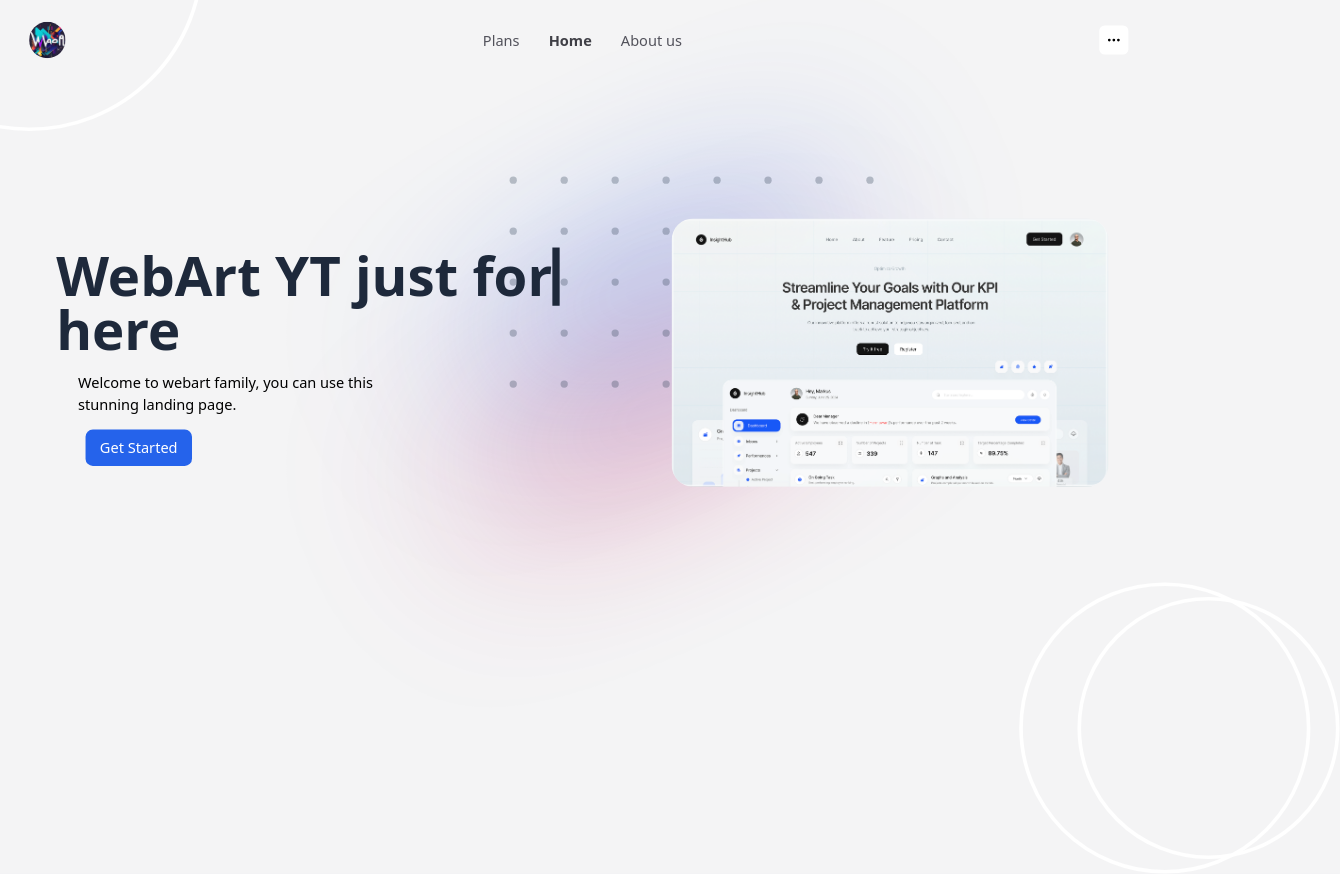
Repository: 30namp/youtube-web-art-code
Page: stunning landing page 1/index.html
These files come from the project's save history. The page is drawn as it stood at one moment and after the next save; the edit follows.
The browser window is 1280 px wide. The page is 1472 px wide, so the pictures cover 1472 px, including what lies to the right of the window. The pictures show the whole page, at 91% of full size.

Above is the page before, as saved 2024-09-26 21:35:29.

### stunning landing page 1/index.html
<!DOCTYPE html>
<html lang="en">
  <head>
    <meta charset="UTF-8" />
    <meta name="viewport" content="width=device-width, initial-scale=1.0" />
    <title>WebArt Design</title>
    <script src="./tailwindcss.min.js"></script>
  </head>
  <body class="h-screen bg-zinc-100 overflow-hidden">
    <div
      class="absolute right-[25%] top-[60%] h-12 w-[30rem] rounded-[100%] rotate-[-25deg] bg-pink-700 blur-[6rem]"
    ></div>
    <div
      class="absolute right-[25%] top-[40%] h-12 w-[30rem] rounded-[100%] rotate-[-25deg] bg-blue-700 blur-[6rem]"
    ></div>
    <div class="grid grid-cols-8 gap-12 absolute right-[25%] top-[27%]">
      <div class="rounded-full bg-slate-700/30 size-2 shadow-lg"></div>
      <div class="rounded-full bg-slate-700/30 size-2 shadow-lg"></div>
      <div class="rounded-full bg-slate-700/30 size-2 shadow-lg"></div>
      <div class="rounded-full bg-slate-700/30 size-2 shadow-lg"></div>
      <div class="rounded-full bg-slate-700/30 size-2 shadow-lg"></div>
      <div class="rounded-full bg-slate-700/30 size-2 shadow-lg"></div>
      <div class="rounded-full bg-slate-700/30 size-2 shadow-lg"></div>
      <div class="rounded-full bg-slate-700/30 size-2 shadow-lg"></div>
      <div class="rounded-full bg-slate-700/30 size-2 shadow-lg"></div>
      <div class="rounded-full bg-slate-700/30 size-2 shadow-lg"></div>
      <div class="rounded-full bg-slate-700/30 size-2 shadow-lg"></div>
      <div class="rounded-full bg-slate-700/30 size-2 shadow-lg"></div>
      <div class="rounded-full bg-slate-700/30 size-2 shadow-lg"></div>
      <div class="rounded-full bg-slate-700/30 size-2 shadow-lg"></div>
      <div class="rounded-full bg-slate-700/30 size-2 shadow-lg"></div>
      <div class="rounded-full bg-slate-700/30 size-2 shadow-lg"></div>
      <div class="rounded-full bg-slate-700/30 size-2 shadow-lg"></div>
      <div class="rounded-full bg-slate-700/30 size-2 shadow-lg"></div>
      <div class="rounded-full bg-slate-700/30 size-2 shadow-lg"></div>
      <div class="rounded-full bg-slate-700/30 size-2 shadow-lg"></div>
      <div class="rounded-full bg-slate-700/30 size-2 shadow-lg"></div>
      <div class="rounded-full bg-slate-700/30 size-2 shadow-lg"></div>
      <div class="rounded-full bg-slate-700/30 size-2 shadow-lg"></div>
      <div class="rounded-full bg-slate-700/30 size-2 shadow-lg"></div>
      <div class="rounded-full bg-slate-700/30 size-2 shadow-lg"></div>
      <div class="rounded-full bg-slate-700/30 size-2 shadow-lg"></div>
      <div class="rounded-full bg-slate-700/30 size-2 shadow-lg"></div>
      <div class="rounded-full bg-slate-700/30 size-2 shadow-lg"></div>
      <div class="rounded-full bg-slate-700/30 size-2 shadow-lg"></div>
      <div class="rounded-full bg-slate-700/30 size-2 shadow-lg"></div>
      <div class="rounded-full bg-slate-700/30 size-2 shadow-lg"></div>
      <div class="rounded-full bg-slate-700/30 size-2 shadow-lg"></div>
      <div class="rounded-full bg-slate-700/30 size-2 shadow-lg"></div>
      <div class="rounded-full bg-slate-700/30 size-2 shadow-lg"></div>
      <div class="rounded-full bg-slate-700/30 size-2 shadow-lg"></div>
      <div class="rounded-full bg-slate-700/30 size-2 shadow-lg"></div>
      <div class="rounded-full bg-slate-700/30 size-2 shadow-lg"></div>
      <div class="rounded-full bg-slate-700/30 size-2 shadow-lg"></div>
      <div class="rounded-full bg-slate-700/30 size-2 shadow-lg"></div>
      <div class="rounded-full bg-slate-700/30 size-2 shadow-lg"></div>
    </div>

    <div
      class="circle size-96 rounded-full border-4 border-white absolute -top-60 -left-40"
    ></div>
    <div
      class="circle size-80 rounded-full border-4 border-white absolute -bottom-60 -right-40"
    ></div>
    <div
      class="circle size-72 rounded-full border-4 border-white absolute -bottom-56 -right-48"
    ></div>

    <!-- navbar -->
    <nav
      class="z-10 absolute top-0 left-0 right-0 flex justify-center items-center py-8 px-8"
    >
      <a href="/" class="absolute left-0 px-8">
        <img class="size-10 rounded-full" src="./assets/img/logo.jpg" alt="" />
      </a>

      <div class="options flex items-center gap-8">
        <a class="text-zinc-600" href="#">Plans</a>
        <a class="text-zinc-700 font-semibold" href="#">Home</a>
        <a class="text-zinc-600" href="#">About us</a>
      </div>

      <button
        class="absolute p-2 bg-white rounded-md right-0 mx-10 hover:scale-105 active:scale-100 transition"
      >
        <svg
          xmlns="http://www.w3.org/2000/svg"
          width="16"
          height="16"
          fill="currentColor"
          class="bi bi-three-dots"
          viewBox="0 0 16 16"
        >
          <path
            d="M3 9.5a1.5 1.5 0 1 1 0-3 1.5 1.5 0 0 1 0 3m5 0a1.5 1.5 0 1 1 0-3 1.5 1.5 0 0 1 0 3m5 0a1.5 1.5 0 1 1 0-3 1.5 1.5 0 0 1 0 3"
          />
        </svg>
      </button>
    </nav>

    <!-- hero section -->
    <div class="hero-section relative pt-60 flex justify-around items-start">
      <div class="content flex flex-col items-start gap-4 pt-8">
        <div class="text-6xl font-bold text-slate-800 flex">
          <h1>
            WebArt YT just for <br />
            here <span class="h-16 w-2 bg-slate-800"></span>
          </h1>
          <div class="h-16 w-2 bg-slate-800"></div>
        </div>
        <p class="description w-96 ml-6">
          Welcome to webart family, you can use this stunning landing page.
        </p>
        <button
          class="ml-8 px-4 py-2 rounded-lg bg-blue-600 text-white hover:scale-105 active:scale-100 transition"
        >
          Get Started
        </button>
      </div>
      <img class="w-[30rem] rounded-3xl" src="./assets/img/img.png" alt="" />
    </div>
  </body>
</html>

Loaded but not shown: stunning landing page 1/tailwindcss.min.js (library)

After the next save:
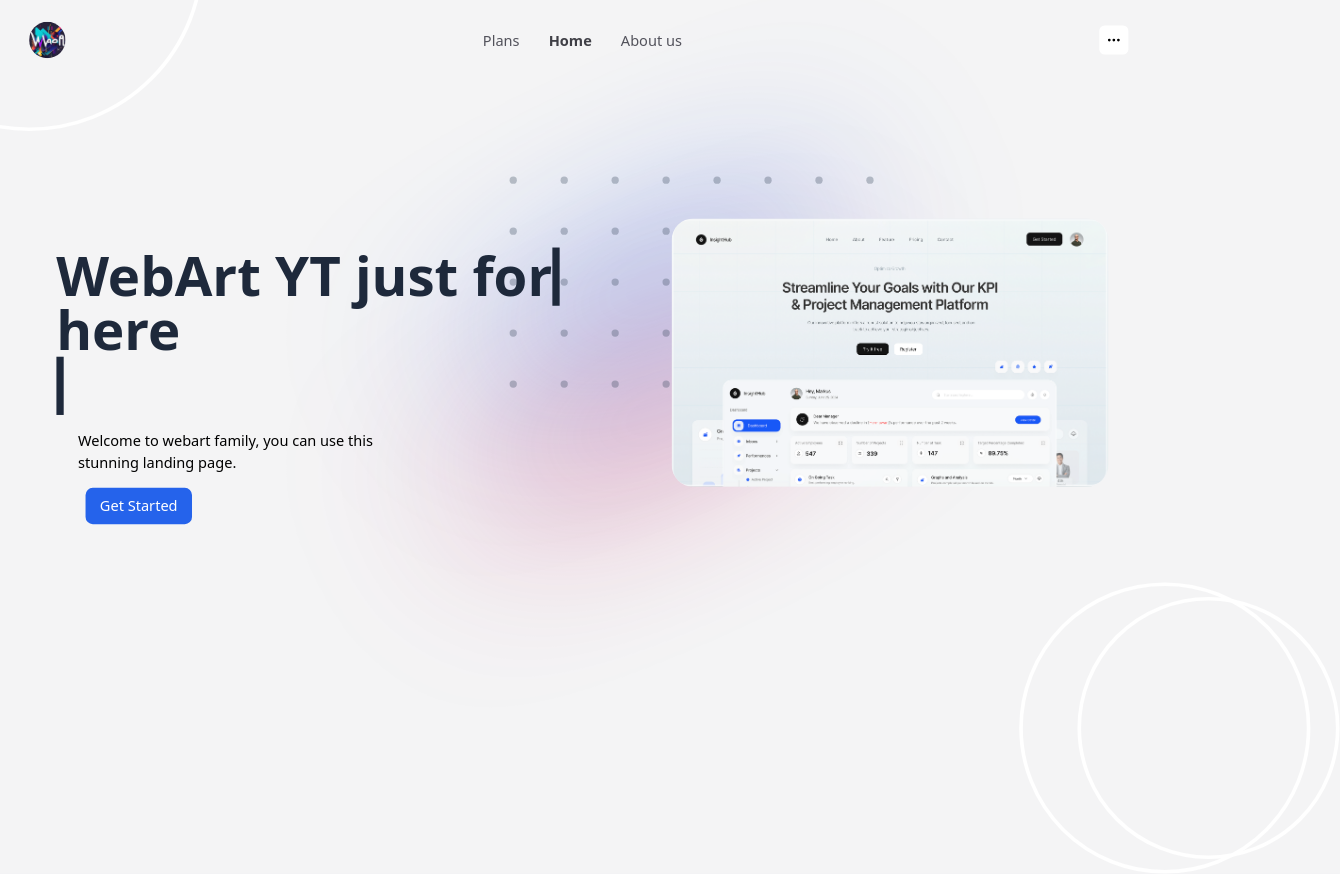
Saved 8 s later.
--- a/stunning landing page 1/index.html
+++ b/stunning landing page 1/index.html
@@ -104,7 +104,8 @@
         <div class="text-6xl font-bold text-slate-800 flex">
           <h1>
             WebArt YT just for <br />
-            here <span class="h-16 w-2 bg-slate-800"></span>
+            here
+            <p class="h-16 w-2 bg-slate-800"></p>
           </h1>
           <div class="h-16 w-2 bg-slate-800"></div>
         </div>

After the save that followed:
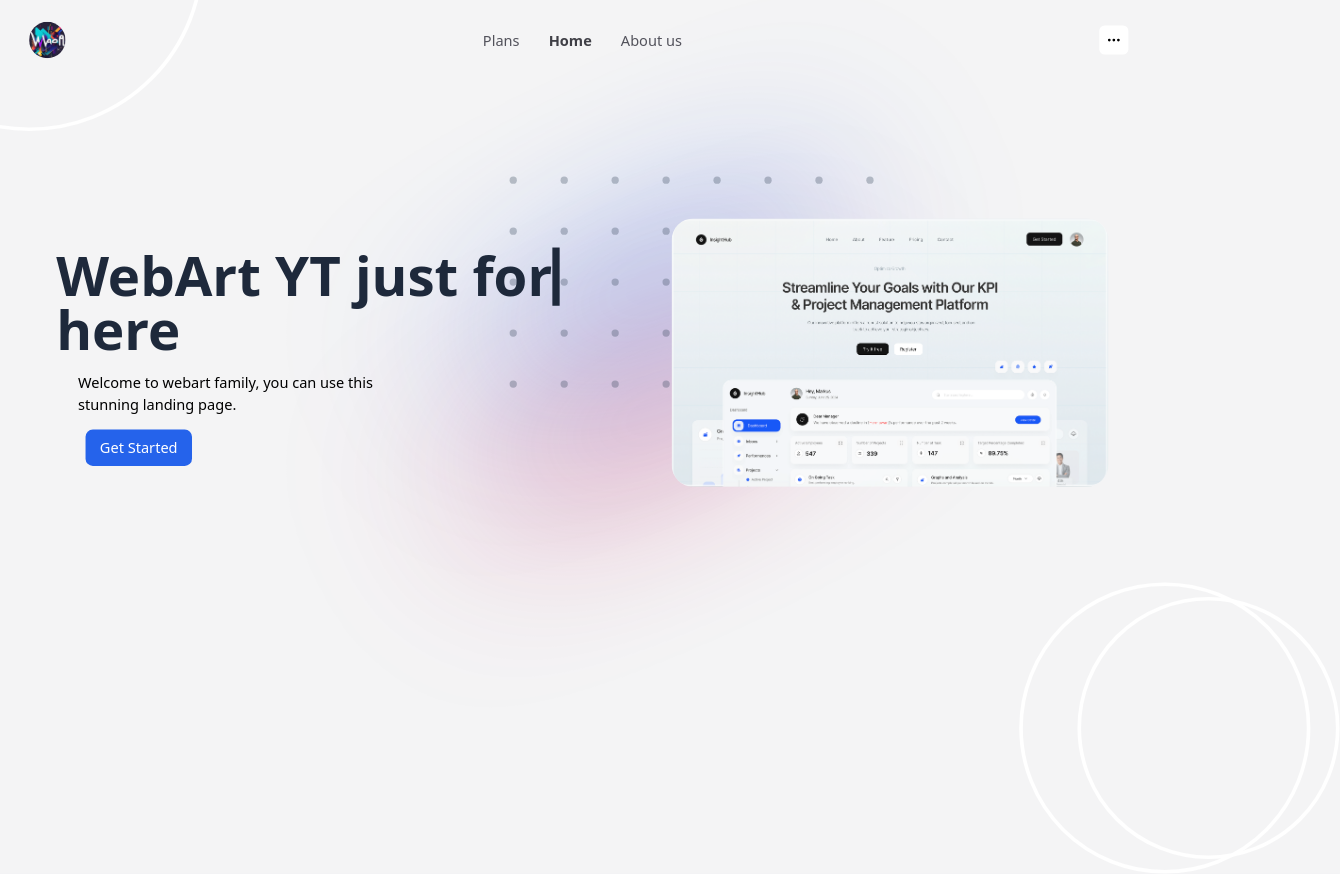
Saved 7 s later.
--- a/stunning landing page 1/index.html
+++ b/stunning landing page 1/index.html
@@ -105,7 +105,6 @@
           <h1>
             WebArt YT just for <br />
             here
-            <p class="h-16 w-2 bg-slate-800"></p>
           </h1>
           <div class="h-16 w-2 bg-slate-800"></div>
         </div>
